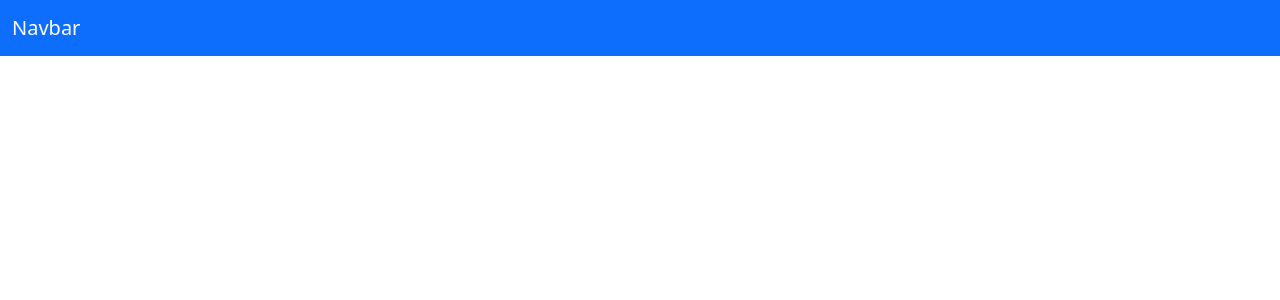
Repository: mfd10/talent-sourcing-system-frontend
Page: /
An editor plug-in stored every save of this project. The page is shown before and after the next save, followed by the edit.
The browser window is 1280 px wide. The pictures show the whole page.
The project was rebuilt for these pictures with package versions that can differ from the ones it lists, and the page was loaded fresh each time.

Above is the page before, as saved 2022-11-10 23:28:57.

### src/App.js
import './App.css';
import "../node_modules/bootstrap/dist/css/bootstrap.min.css"
import Navbar from './layout/Navbar';

function App() {
  return (
    <div className="App">

      <Navbar></Navbar>
    </div>
  );
}

export default App;

### src/layout/Navbar.js
import React from "react";

export default function Navbar() {
  return (
    <div>
      <nav className="navbar navbar-expand-lg navbar-dark bg-primary">
        <div className="container-fluid">
          <a className="navbar-brand" href="#">
            Navbar
          </a>
          <button
            className="navbar-toggler"
            type="button"
            data-bs-toggle="collapse"
            data-bs-target="#navbarSupportedContent"
            aria-controls="navbarSupportedContent"
            aria-expanded="false"
            aria-label="Toggle navigation"
          >
            <span className="navbar-toggler-icon"></span>
          </button>
        </div>
      </nav>
    </div>
  );
}

Loaded but not shown: public/index.html (common file); src/index.js (common file); src/index.css (common file); src/reportWebVitals.js (common file); src/App.css (common file)

After the next save:
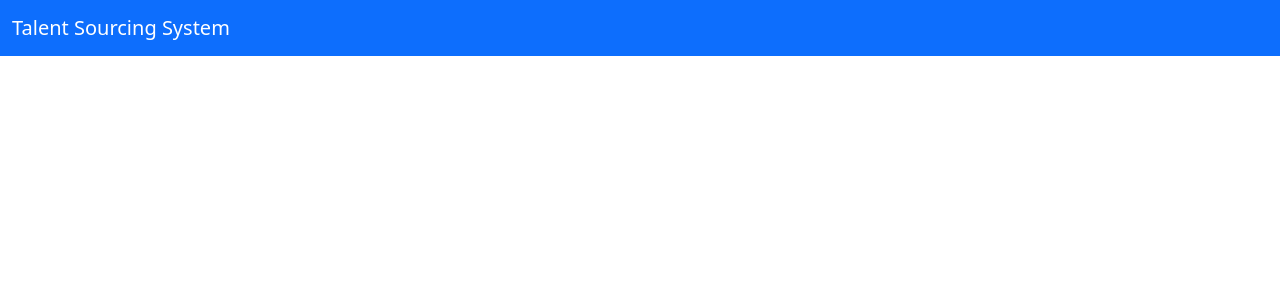
Saved 66 s later.
--- a/src/layout/Navbar.js
+++ b/src/layout/Navbar.js
@@ -6,7 +6,7 @@ export default function Navbar() {
       <nav className="navbar navbar-expand-lg navbar-dark bg-primary">
         <div className="container-fluid">
           <a className="navbar-brand" href="#">
-            Navbar
+            Talent Sourcing System
           </a>
           <button
             className="navbar-toggler"
